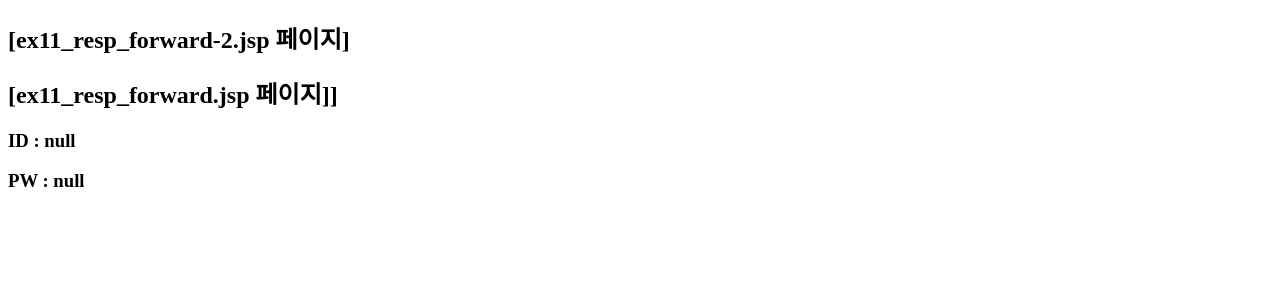
Repository: SeYoung1012/Bitcamp
Page: http://localhost/02_JSP/ex11_resp_forward.jsp
The author's editor kept a copy of each file at every save. The page is drawn from the files as they stood at one save, then again after the next save.
The browser window is 1280 px wide. The pictures show the whole page.
The page is served by Tomcat 9.

Above is the page before, as saved 2021-09-27 07:43:59.

After the next save:
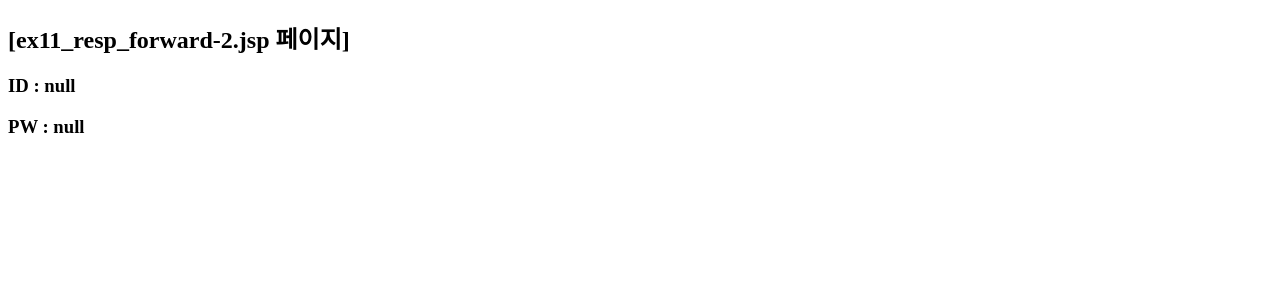
Saved 22 s later.
--- a/60_web/02_JSP/WebContent/ex11_resp_forward-2.jsp
+++ b/60_web/02_JSP/WebContent/ex11_resp_forward-2.jsp
@@ -7,7 +7,7 @@
 <title> ex11_resp_forward-2.jsp</title>
 </head>
 <body>
-	<h2>[ex11_resp_forward-2.jsp 페이지]</h2>
+
 
 <%
 	String id = request.getParameter("id");
@@ -15,7 +15,7 @@
 
 %>
 
-	<h2> [ex11_resp_forward.jsp 페이지]]</h2>
+	<h2>[ex11_resp_forward-2.jsp 페이지]</h2>
 	<h3>ID : <%=id %></h3>
 	<h3>PW : <%=pwd %></h3>
 
